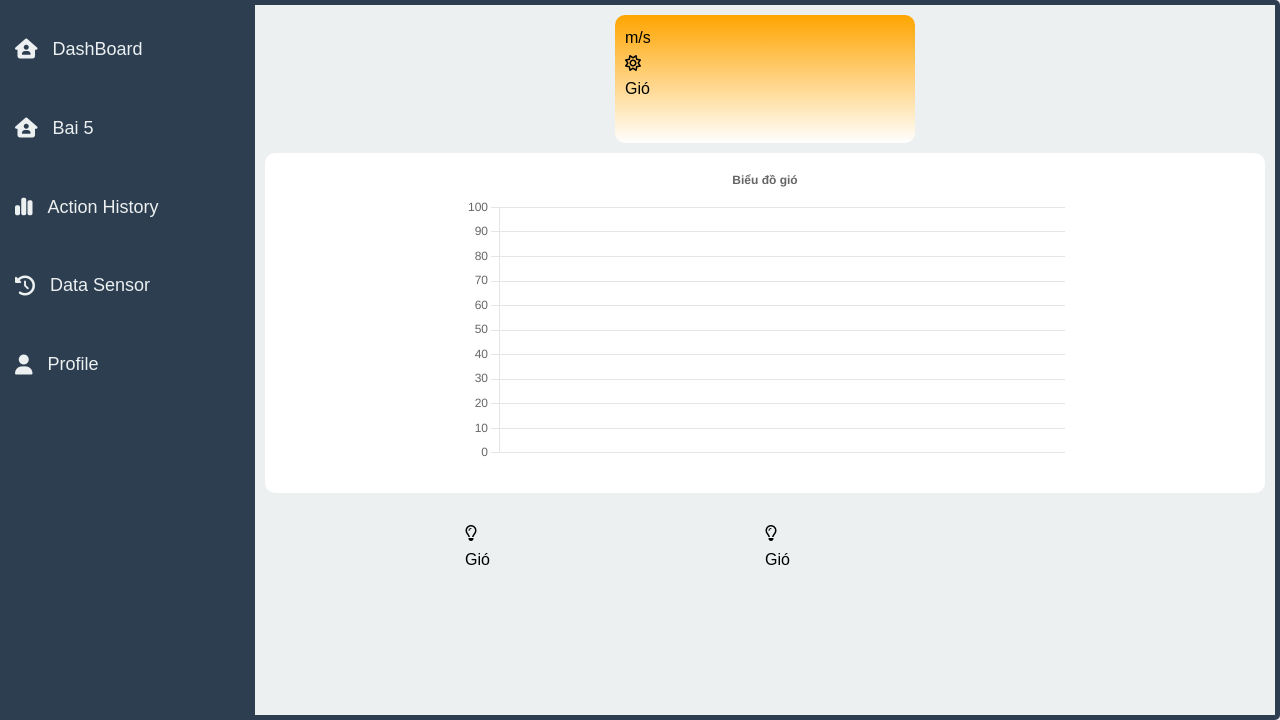
Repository: duongnoob23/duyyyy
Page: /bai5 (app in iot/)
These files come from the project's save history. The page is drawn as it stood at one moment and after the next save; the edit follows.
The browser window is 1280 px wide. The pictures show the whole page.
The page's requests for data from a server got no answer. Some web libraries are served in a nearby version. The project was rebuilt for these pictures with package versions that can differ from the ones it lists, and the page was loaded fresh each time. No one was signed in, and anything a server would have sent is missing. Also part of the build but not shown: iot/src/App.css, iot/src/Components/Doughnut/GaugeChart.js, iot/src/Components/LineChart/LineChartECharts.js, iot/src/Pages/Home/Home.js, iot/src/Pages/DataLogs/DataLogs.js, iot/src/Pages/Profile/Profile.css, iot/src/Pages/Profile/Profile.js, iot/src/Pages/Action/Action.js and 1 more.

Above is the page before, as saved 2024-12-02 21:18:32.

After the next save:
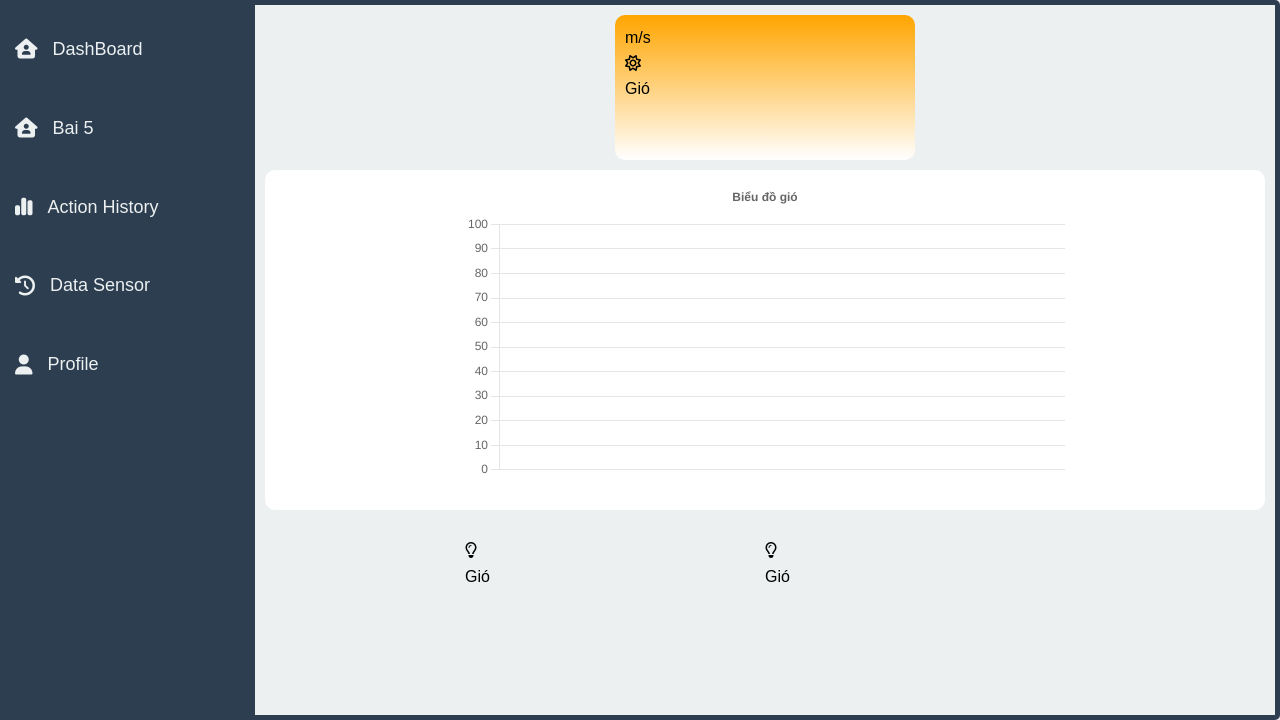
Saved 5 s later.
--- a/iot/src/Pages/Bai5/Bai5.css
+++ b/iot/src/Pages/Bai5/Bai5.css
@@ -250,7 +250,7 @@
 .bai5{
     margin: 0 auto;
     width: 300px;
-    height: 20%;
+    height: 25%;
     margin-bottom: 10px;
     border-radius: 10px;
     overflow: hidden;
